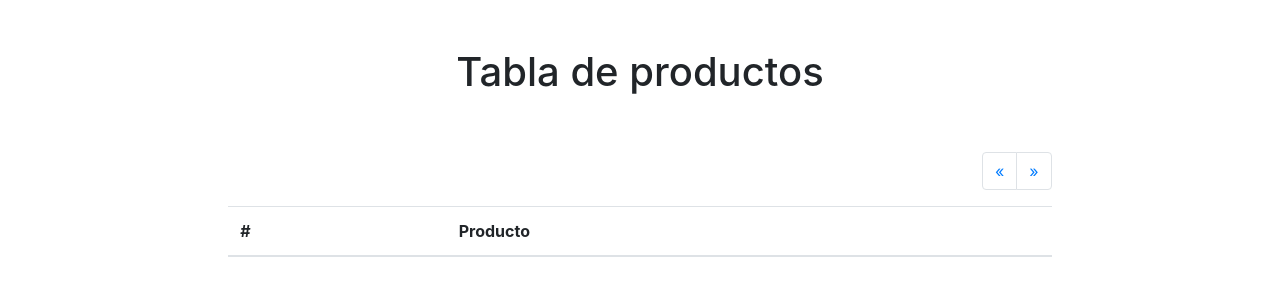
Repository: pedro-donoso/tabla-paginada
Page: index.html
An editor plug-in stored every save of this project. The page is shown before and after the next save, followed by the edit.
The browser window is 1280 px wide. The pictures show the whole page.
The page's requests for data from a server got no answer.

Above is the page before, as saved 2024-02-08 01:37:06.
Console error: TypeError: info.slice is not a function

### index.html
<!doctype html>
<html lang="es">

<head>
    <!-- Required meta tags -->
    <meta charset="utf-8">
    <meta name="viewport" content="width=device-width, initial-scale=1, shrink-to-fit=no">

    <!-- Bootstrap CSS -->
    <link rel="stylesheet" href="https://cdn.jsdelivr.net/npm/bootstrap@4.3.1/dist/css/bootstrap.min.css"
        integrity="sha384-ggOyR0iXCbMQv3Xipma34MD+dH/1fQ784/j6cY/iJTQUOhcWr7x9JvoRxT2MZw1T" crossorigin="anonymous">

    <title>Tabla paginada</title>
</head>

<body>
    <div class="container-fluid">
        <div class="row my-5">
            <div class="col text-center">
                <h1>Tabla de productos</h1>
            </div>
        </div>
        <div class="row">
            <div class="col-8 offset-2">
                <div class="d-flex justify-content-end">
                    <nav aria-label="Page navigation example">
                        <ul class="pagination">
                            <li class="page-item">
                                <button class="page-link" onclick="anteriorPagina()">
                                    <span aria-hidden="true">&laquo;</span>
                                </button>
                            </li>
                            <div id="items" class="d-flex"></div>
                            <li class="page-item">
                                <button class="page-link" onclick="siguientePagina()">
                                    <span aria-hidden="true">&raquo;</span>
                                </button>
                            </li>
                        </ul>
                    </nav>
                </div>

                <table class="table table-striped">
                    <thead>
                        <tr>
                            <th scope="col">#</th>
                            <th scope="col">Producto</th>
                        </tr>
                    </thead>
                    <tbody id="cuerpo-tabla">

                    </tbody>
                </table>
            </div>
        </div>
    </div>


    <!-- Optional JavaScript -->
    <!-- jQuery first, then Popper.js, then Bootstrap JS -->
    <script src="https://code.jquery.com/jquery-3.3.1.slim.min.js"
        integrity="sha384-q8i/X+965DzO0rT7abK41JStQIAqVgRVzpbzo5smXKp4YfRvH+8abtTE1Pi6jizo"
        crossorigin="anonymous"></script>
    <script src="https://cdn.jsdelivr.net/npm/popper.js@1.14.7/dist/umd/popper.min.js"
        integrity="sha384-UO2eT0CpHqdSJQ6hJty5KVphtPhzWj9WO1clHTMGa3JDZwrnQq4sF86dIHNDz0W1"
        crossorigin="anonymous"></script>
    <script src="https://cdn.jsdelivr.net/npm/bootstrap@4.3.1/dist/js/bootstrap.min.js"
        integrity="sha384-JjSmVgyd0p3pXB1rRibZUAYoIIy6OrQ6VrjIEaFf/nJGzIxFDsf4x0xIM+B07jRM"
        crossorigin="anonymous"></script>

    <script type="module" src="./js/app.js"></script>
</body>

</html>

### js/app.js
import { traerData } from "./api-fetch.js";

const info = await traerData();

console.log(info);

const cuerpoTabla = document.querySelector("#cuerpo-tabla");

// Variables para la paginación
let limite = 5;
let desde = 0;
let paginas = info.length / limite;
let paginaActiva = 1;

let arreglo = info.slice(desde, limite);

const cargarProductos = () => {
  cuerpoTabla.innerHTML = "";
  arreglo.map((producto) => {
    const filaTabla = document.createElement("tr");
    filaTabla.setAttribute("key", producto.id);

    // Creamos un elemento <img> para mostrar la imagen del producto
    const imagen = document.createElement("img");
    imagen.src = producto.image; // Suponiendo que la URL de la imagen se proporciona en la respuesta de tu API
    imagen.alt = producto.title; // Establecemos el atributo alt para accesibilidad
    imagen.width = "100"; // Establecemos el ancho de la imagen en 100 píxeles (puedes ajustar el valor según sea necesario)

    // Creamos celdas de tabla para el ID del producto, el título del producto y la imagen del producto
    const celdaId = `<th scope="row">${producto.id}</th>`;
    const celdaTitulo = `<td>${producto.title}</td>`;
    const celdaCategoria = `<td>${producto.category}</td>`;
    const celdaDescripcion = `<td>${producto.description}</td>`;
    const celdaImagen = document.createElement("td");
    celdaImagen.appendChild(imagen); // Agregamos el elemento <img> a la celda

    // Agregamos todas las celdas de la tabla a la fila de la tabla
    filaTabla.innerHTML = celdaId + celdaTitulo + celdaCategoria + celdaDescripcion;
    filaTabla.appendChild(celdaImagen);

    // Agregamos la fila de la tabla al cuerpo de la tabla
    cuerpoTabla.appendChild(filaTabla);
  });
  cargarItemPaginacion();
};


const cargarItemPaginacion = () => {
  document.querySelector("#items").innerHTML = "";

  for (let index = 0; index < paginas; index++) {
    const item = document.createElement("li");
    item.classList = `page-item ${paginaActiva==index+1 ?"active":'' }`;
    const enlace = `<button class="page-link" onclick="pasarPagina(${index})">${
      index + 1
    }</button>`;
    item.innerHTML = enlace;
    document.querySelector("#items").append(item);
  }
};

const modificarProductos =()=>{
    arreglo = info.slice(desde, limite * paginaActiva);
    cargarProductos();
}

window.pasarPagina = (pagina) => {
  paginaActiva = pagina + 1;
  desde = limite * pagina;

  if (desde <= info.length) {
    modificarProductos()
  }
};

window.siguientePagina = () => {
  if (paginaActiva < paginas) {
    desde += 5;
    paginaActiva++;
    modificarProductos();
  }
};

window.anteriorPagina = () => {
  if (desde > 0) {
    desde -= 5;
    paginaActiva--;
    modificarProductos();
  }
};

cargarProductos();

### js/api-fetch.js
const url = "https://fakestoreapi.com/products";

export const traerData = async () => {
  try {
    const resp = await fetch(url);
    const data = await resp.json();

    return data;
  } catch (error) {
    return error;
  }
};

After the next save:
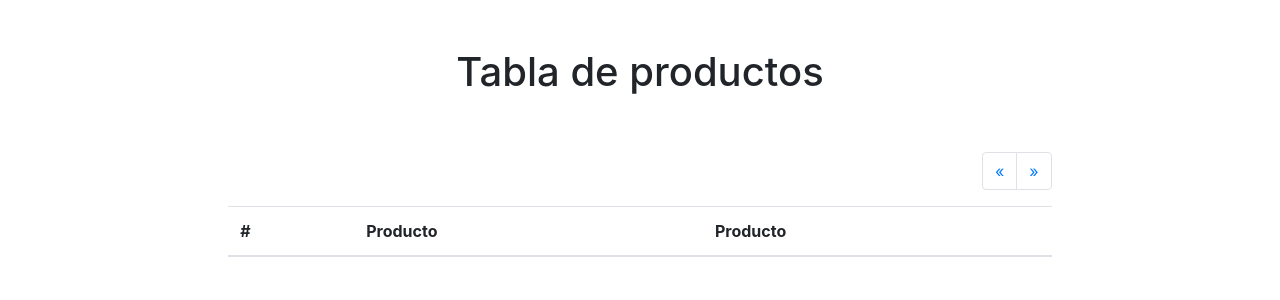
Saved 68 s later.
--- a/index.html
+++ b/index.html
@@ -45,6 +45,7 @@
                         <tr>
                             <th scope="col">#</th>
                             <th scope="col">Producto</th>
+                            <th scope="col">Producto</th>
                         </tr>
                     </thead>
                     <tbody id="cuerpo-tabla">
